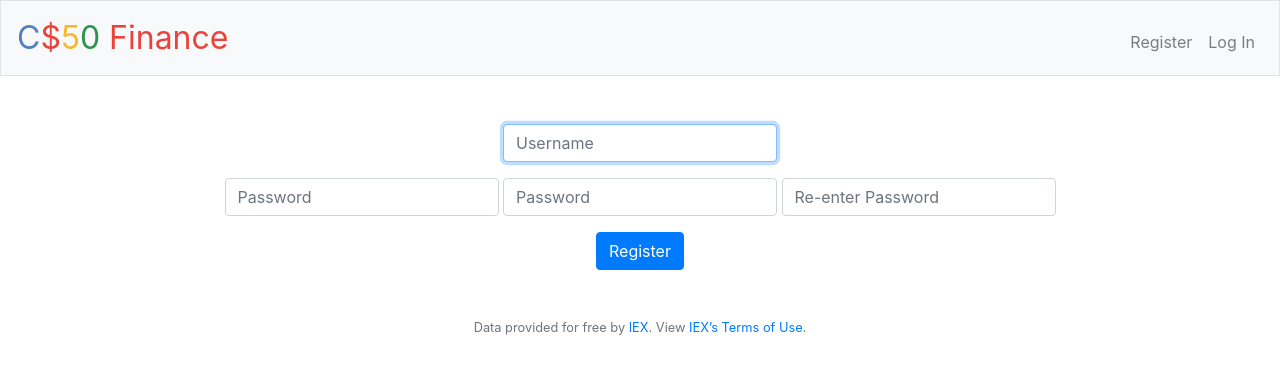
Repository: mskurnickcode/coupleDo
Page: finance/templates/change_password.html
The author's editor kept a record of every edit. The page is drawn from the files as they stood at one moment, then again after the next edit.
The browser window is 1280 px wide. The pictures show the whole page.
The template is drawn by Flask 3. The application's start-up code is not run. Other server files are loaded and not shown. The template is opened directly, without the code that normally fills it, so the values that code supplies are empty.

Above is the page before.
Console error: TypeError: document.getElementByID is not a function

### ubuntu/finance/templates/change_password.html
{% extends "layout.html" %}

{% block title %}
    Log In
{% endblock %}

{% block main %}
    <form action="/register" method="post">
        <div class="form-group">
            <input autocomplete="off" autofocus class="form-control" name="login_username" placeholder="Username" type="text">
        </div>
        <div class="form-group">
            <input class="form-control" id = "current_password" name="login_password" placeholder="Password" type="password">
            <input class="form-control" id = "new_password1" name="login_password" placeholder="Password" type="password">
            <input class="form-control" id = "new_password2" name="password_check" placeholder="Re-enter Password" type="password" onkeyup="manage(this)" >
        </div>
        <button class="btn btn-primary" type="submit" id ="submit">Register</button>
    </form>
{% endblock %}

### ubuntu/finance/templates/layout.html
<!DOCTYPE html>

<html lang="en">

    <head>

        <!-- Required meta tags -->
        <meta charset="utf-8">
        <meta name="viewport" content="width=device-width, initial-scale=1, shrink-to-fit=no">

        <!-- documentation at http://getbootstrap.com/docs/4.1/, alternative themes at https://bootswatch.com/ -->
        <link href="https://maxcdn.bootstrapcdn.com/bootstrap/4.1.3/css/bootstrap.min.css" rel="stylesheet">

        <!-- https://favicon.io/emoji-favicons/money-mouth-face/ -->
        <link href="/static/favicon.ico" rel="icon">

        <link href="/static/styles.css" rel="stylesheet">

        <script src="https://code.jquery.com/jquery-3.3.1.min.js"></script>
        <script src="https://cdnjs.cloudflare.com/ajax/libs/popper.js/1.14.3/umd/popper.min.js"></script>
        <script src="https://maxcdn.bootstrapcdn.com/bootstrap/4.1.3/js/bootstrap.min.js"></script>
        <script src="static/css_image/register.js"></script>


        <title>C$50 Finance: {% block title %}{% endblock %}</title>

    </head>

    <body>

        <nav class="navbar navbar-expand-md navbar-light bg-light border">
            <a class="navbar-brand" href="/"><span class="blue">C</span><span class="red">$</span><span class="yellow">5</span><span class="green">0</span> <span class="red">Finance</span></a>
            <button aria-controls="navbar" aria-expanded="false" aria-label="Toggle navigation" class="navbar-toggler" data-target="#navbar" data-toggle="collapse" type="button">
                <span class="navbar-toggler-icon"></span>
            </button>
            <div class="collapse navbar-collapse" id="navbar">
                {% if session.user_id %}
                    <ul class="navbar-nav mr-auto mt-2">
                        <li class="nav-item"><a class="nav-link" href="/quote">Quote</a></li>
                        <li class="nav-item"><a class="nav-link" href="/buy">Buy</a></li>
                        <li class="nav-item"><a class="nav-link" href="/sell">Sell</a></li>
                        <li class="nav-item"><a class="nav-link" href="/history">History</a></li>
                    </ul>
                    <ul class="navbar-nav ml-auto mt-2">
                        <li class="nav-item"><a class="nav-link" href="/change_password">Change Password</a></li>
                        <li class="nav-item"><a class="nav-link" href="/logout">Log Out</a></li>
                    </ul>
                {% else %}
                    <ul class="navbar-nav ml-auto mt-2">
                        <li class="nav-item"><a class="nav-link" href="/register">Register</a></li>
                        <li class="nav-item"><a class="nav-link" href="/login">Log In</a></li>
                    </ul>
                {% endif %}
            </div>
        </nav>

        {% if get_flashed_messages() %}
            <header>
                <div class="alert alert-primary border text-center" role="alert">
                    {{ get_flashed_messages() | join(" ") }}
                </div>
            </header>
        {% endif %}

        <main class="container p-5">
            {% block main %}{% endblock %}
        </main>

        <footer class="small text-center text-muted">
            Data provided for free by <a href="https://iextrading.com/developer">IEX</a>. View <a href="https://iextrading.com/api-exhibit-a/">IEX’s Terms of Use</a>.
        </footer>

    </body>

</html>

### ubuntu/finance/static/css_image/register.js
var password1 = document.getElementByID("#password1")
var password2 = document.getElementByID("#password2")
var button = document.querySelector('#submit')

function password_match(password1,password2) {
        //Reference the Button.

        //Verify the password values
        if (password1.value == password2.value) {
            //Enable the TextBox when TextBox has value.
            return false
        } else {
            //Disable the TextBox when TextBox is empty.
            return true
        }
    };

password2.keyup = function() {
    if (password_match(password1,password2) == true) {
        button.disabled = false;
    } else {
        button.disabled = true;
    }
}

Loaded but not shown: ubuntu/finance/static/styles.css (common file)

After the next edit:
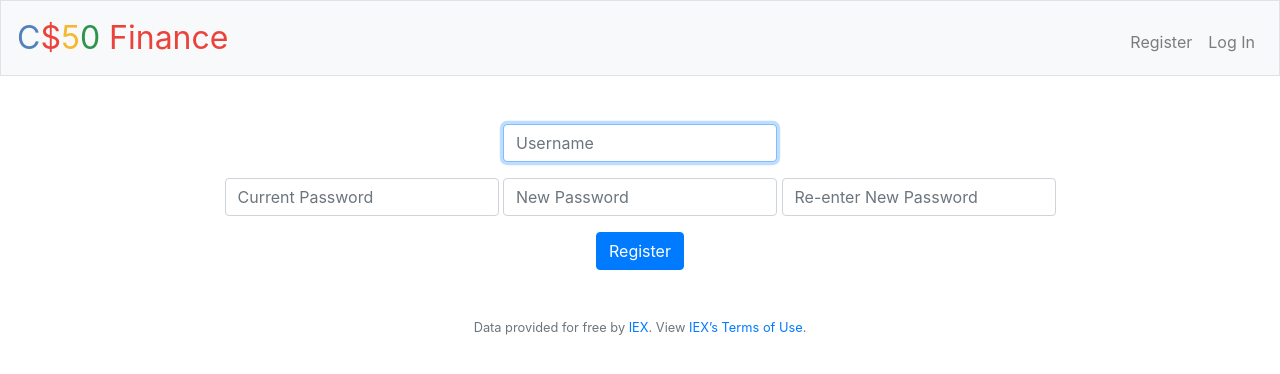
The edit:
--- a/ubuntu/finance/templates/change_password.html
+++ b/ubuntu/finance/templates/change_password.html
@@ -10,9 +10,9 @@
             <input autocomplete="off" autofocus class="form-control" name="login_username" placeholder="Username" type="text">
         </div>
         <div class="form-group">
-            <input class="form-control" id = "current_password" name="login_password" placeholder="Password" type="password">
-            <input class="form-control" id = "new_password1" name="login_password" placeholder="Password" type="password">
-            <input class="form-control" id = "new_password2" name="password_check" placeholder="Re-enter Password" type="password" onkeyup="manage(this)" >
+            <input class="form-control" id = "current_password" name="current" placeholder="Current Password" type="password">
+            <input class="form-control" id = "new_password1" name="login_password" placeholder="New Password" type="password">
+            <input class="form-control" id = "new_password2" name="password_check" placeholder="Re-enter New Password" type="password" onkeyup="manage(this)" >
         </div>
         <button class="btn btn-primary" type="submit" id ="submit">Register</button>
     </form>
